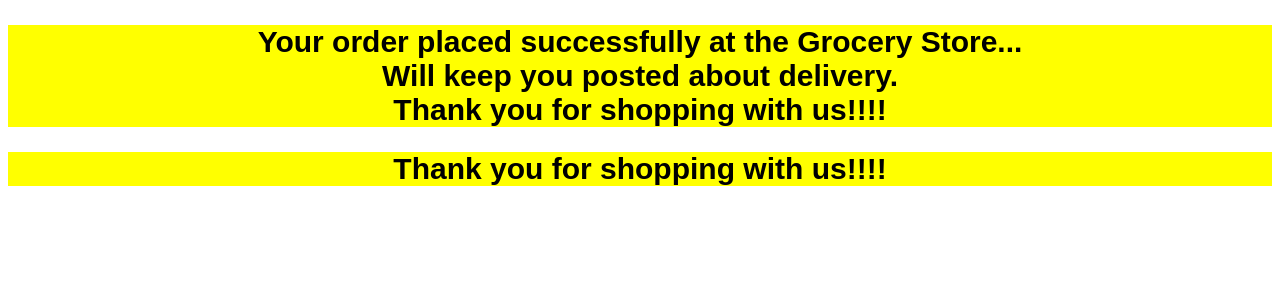
Repository: pournimapatil27/GroceryStoreMicroservice
Page: StoreLogin/src/main/resources/static/store.html
These files come from the project's save history. The page is drawn as it stood at one moment and after the next save; the edit follows.
The browser window is 1280 px wide. The pictures show the whole page.

Above is the page before, as saved 2021-12-03 09:05:11.

### StoreLogin/src/main/resources/static/store.html
<?xml version="1.0" encoding="UTF-8"?>
<!DOCTYPE html PUBLIC "-//W3C//DTD XHTML 1.0 Transitional//EN"
"http://www.w3.org/TR/xhtml1/DTD/xhtml1-transitional.dtd">
<html xmlns="http://www.w3.org/1999/xhtml"
      xmlns:h="http://java.sun.com/jsf/html">
   <h:head>
      <title>Welcome to Grocery Store</title>
   </h:head>
   <h:body>
      <h2 style="background-color:yellow;font-family:'Arial';font-size:30px;text-align: center">Your order placed successfully at the Grocery Store...<br>Will keep you posted about delivery.<br> Thank you for shopping with us!!!!</h2>
  <h1 style="background-color:yellow;font-family:'Arial';font-size:30px;text-align: center">Thank you for shopping with us!!!!</h1>
   </h:body>
</html>

After the next save:
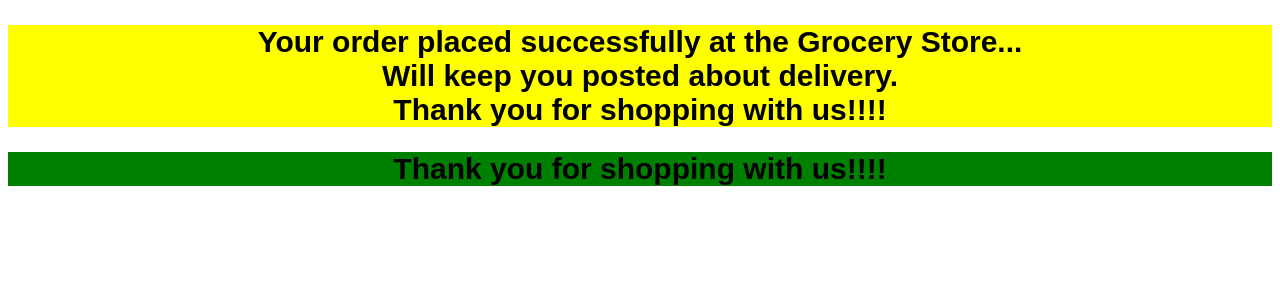
Saved 17 s later.
--- a/StoreLogin/src/main/resources/static/store.html
+++ b/StoreLogin/src/main/resources/static/store.html
@@ -8,6 +8,6 @@
    </h:head>
    <h:body>
       <h2 style="background-color:yellow;font-family:'Arial';font-size:30px;text-align: center">Your order placed successfully at the Grocery Store...<br>Will keep you posted about delivery.<br> Thank you for shopping with us!!!!</h2>
-  <h1 style="background-color:yellow;font-family:'Arial';font-size:30px;text-align: center">Thank you for shopping with us!!!!</h1>
+  <h1 style="background-color:Green;font-family:'Arial';font-size:30px;text-align: center">Thank you for shopping with us!!!!</h1>
    </h:body>
 </html>
